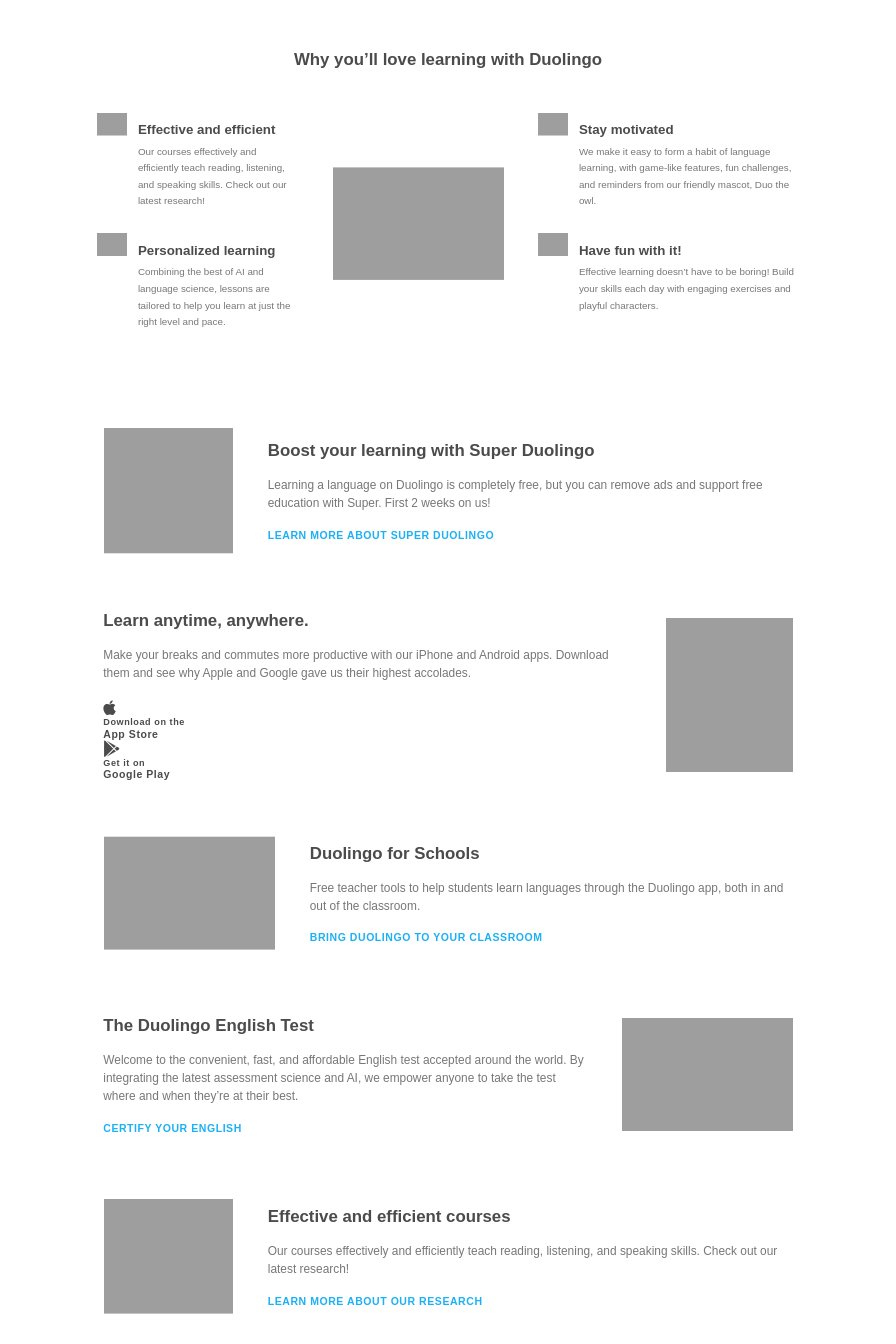
Repository: kauittt/duolingo-little
Page: login.html
An editor plug-in stored every save of this project. The page is shown before and after the next save, followed by the edit.
The browser window is 1280 px wide. The pictures show the part of the page from y = 937 to 2857 px (the page is 2857 px tall), at 70% of full size.
Pictures or frames that could not be fetched are drawn as grey boxes. A picture or video elsewhere on the page could not be fetched, so the positions and the page height are approximate. Some web libraries are served in a nearby version.

Above is the page before, as saved 2023-03-26 20:48:05.

After the next save:
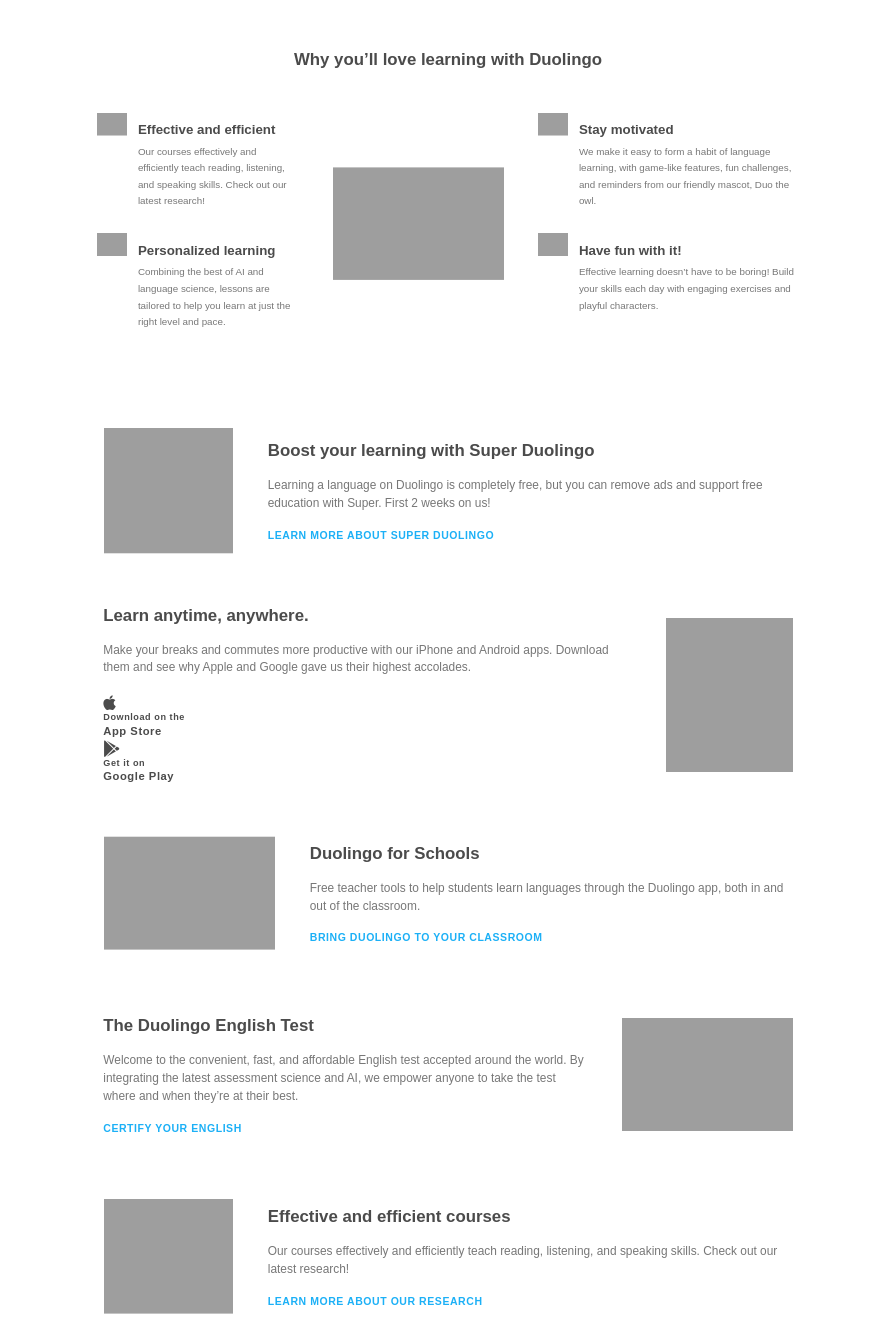
Saved 38 s later.
--- a/assets/css/stytes.css
+++ b/assets/css/stytes.css
@@ -233,6 +233,9 @@
 }
 
 .section-content__link-item-content__app {
+    font-size: 16px;
+    font-weight: 700;
+    line-height: 1.4;
 }
 
 /*? top */
